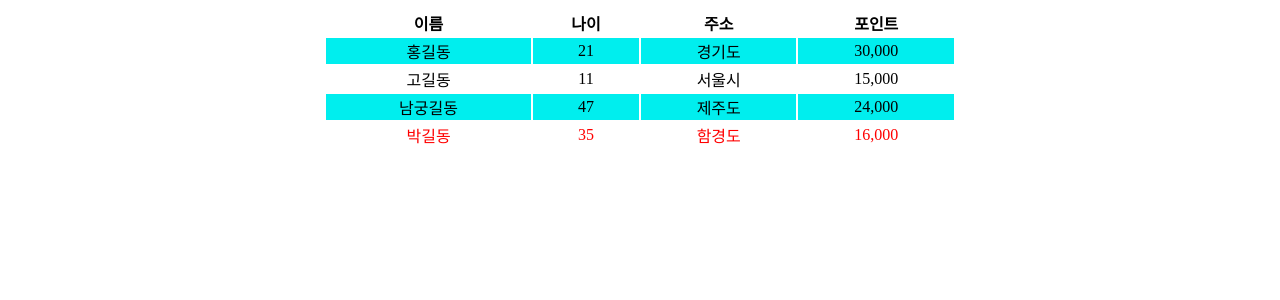
Repository: Kebiskim/2023_WebStudy
Page: 01_01_html/src/main/webapp/day03/Ex03_tableStyling.html
These files come from the project's save history. The page is drawn as it stood at one moment and after the next save; the edit follows.
The browser window is 1280 px wide. The pictures show the whole page.

Above is the page before, as saved 2023-06-21 01:57:37.

### 01_01_html/src/main/webapp/day03/Ex03_tableStyling.html
<!DOCTYPE html>
<html>
<head>
<meta charset="UTF-8">
<title>table: nth-child(even|odd)</title>
<style type="text/css">
	table{
		width: 50%;
		margin: auto;
	}
	th, td{
		text-align: center;
	}
	/* 수평: even(짝수), odd(홀수) */
	/* tbody 안에 있는 tr */
	/* :nth-child => 부모 안의 모든 요소중 N번째 요소 */
	/* :first-child => 첫번째 요소, :last-child => 마지막 요소 */
	tbody tr:nth-child(even), {
		background-color: yellow;
	}
	tbody tr:nth-child(odd) {
		background-color: #00eeee;
	}
	tbody tr:first-child {
		color: skybule;
	}
	tbody tr:last-child {
		color: red;
	}

</style>
</head>
<body>
	<table>
		<thead>
			<tr><th>이름</th><th>나이</th><th>주소</th><th>포인트</th></tr>
		</thead>
		<tbody>
			<tr><td>홍길동</td><td>21</td><td>경기도</td><td>30,000</td></tr>
			<tr><td>고길동</td><td>11</td><td>서울시</td><td>15,000</td></tr>
			<tr><td>남궁길동</td><td>47</td><td>제주도</td><td>24,000</td></tr>
			<tr><td>박길동</td><td>35</td><td>함경도</td><td>16,000</td></tr>
		</tbody>
	</table>
</body>
</html>

After the next save:
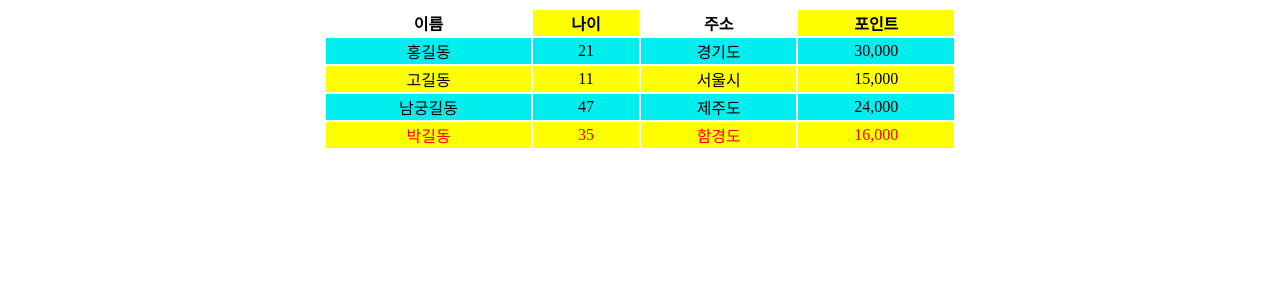
Saved 10 s later.
--- a/01_01_html/src/main/webapp/day03/Ex03_tableStyling.html
+++ b/01_01_html/src/main/webapp/day03/Ex03_tableStyling.html
@@ -15,7 +15,7 @@
 	/* tbody 안에 있는 tr */
 	/* :nth-child => 부모 안의 모든 요소중 N번째 요소 */
 	/* :first-child => 첫번째 요소, :last-child => 마지막 요소 */
-	tbody tr:nth-child(even), {
+	tbody tr:nth-child(even), thead th:nth-child(even) {
 		background-color: yellow;
 	}
 	tbody tr:nth-child(odd) {
